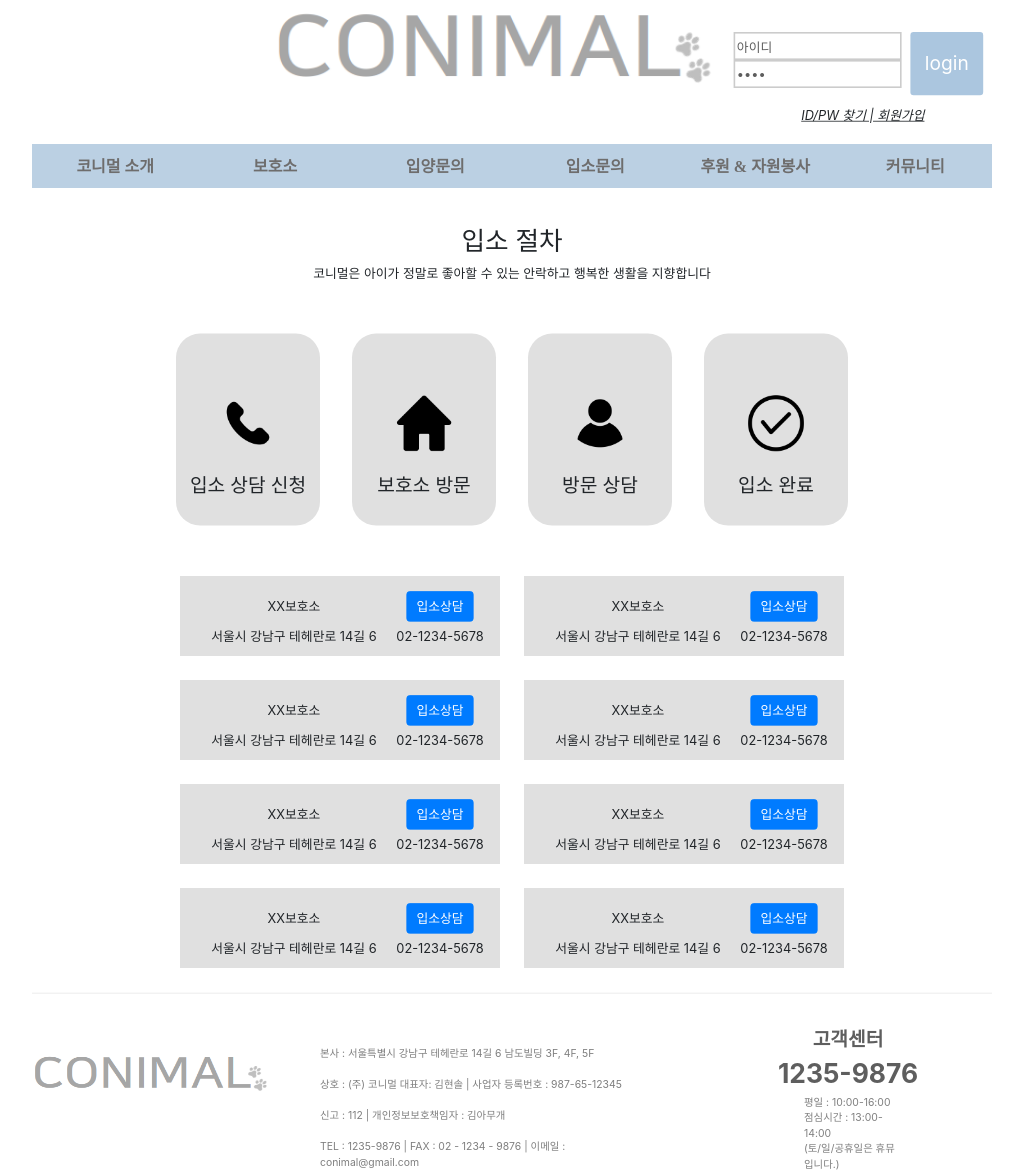
Repository: rlagusthf12/SemiProject
Page: http://localhost/conimal/views/shelter/enterProcessView.jsp
An editor plug-in stored every save of this project. The page is shown before and after the next save, followed by the edit.
The browser window is 1280 px wide. The pictures show the whole page, at 80% of full size.
The page is served by Tomcat 9. Nobody is signed in. The application's start-up code is not run. Other server files are loaded and not shown.

Above is the page before, as saved 2021-05-25 11:07:42.

### conimal/WebContent/views/shelter/enterProcessView.jsp
<%@ page language="java" contentType="text/html; charset=UTF-8"
    pageEncoding="UTF-8"%>
<!DOCTYPE html>
<html>
<head>
<meta charset="UTF-8">
<title>Insert title here</title>
<!-- Latest compiled and minified CSS -->
<link rel="stylesheet" href="https://maxcdn.bootstrapcdn.com/bootstrap/4.5.2/css/bootstrap.min.css">

<!-- jQuery library -->
<script src="https://ajax.googleapis.com/ajax/libs/jquery/3.5.1/jquery.min.js"></script>

<!-- Popper JS -->
<script src="https://cdnjs.cloudflare.com/ajax/libs/popper.js/1.16.0/umd/popper.min.js"></script>

<!-- Latest compiled JavaScript -->
<script src="https://maxcdn.bootstrapcdn.com/bootstrap/4.5.2/js/bootstrap.min.js"></script>
<style>
	body{
		width: 1200px;
		margin: auto;
	}
	.process-area{
		display: flex;
		justify-content: space-between;
		margin-left: 15%;
		margin-right: 15%;
	}
	.pa{
		background: #e0e0e0;
		width: 180px;
		height: 240px;
		border-radius: 30px;
	}
    .shelter-area{
        display: flex;
        flex-wrap: wrap;
        justify-content: center;
    }
    .sh{
		background: #e0e0e0;
        width: 400px;
        height: 100px;
        margin: 15px;
	}
    table{
        margin: auto;
        margin-top: 4%;
        text-align: center;
    }
    td{padding: 3px;}
</style>
</head>
<body>

    <%@ include file="../common/menubar.jsp" %>

    <br><br>

    <h2 align="center">입소 절차</h2>

    <p class="info" align="center">
        코니멀은 아이가 정말로 좋아할 수 있는 안락하고 행복한 생활을 지향합니다
    </p>

    <br><br>

    <div class="process-area">
        <div class="pa" align="center">
            <br><br><br>
            <img src="../../resources/images/phone.png" width="80">
            <br><br>
            <h4>입소 상담 신청</h4>
        </div>
        <div class="pa" align="center">
            <br><br><br>
            <img src="../../resources/images/house.png" width="80">
            <br><br>
            <h4>보호소 방문</h4>
        </div>
        <div class="pa" align="center">
            <br><br><br>
            <img src="../../resources/images/people.png" width="80">
            <br><br>
            <h4>방문 상담</h4>
        </div>
        <div class="pa" align="center">
            <br><br><br>
            <img src="../../resources/images/success.png" width="80">
            <br><br>
            <h4>입소 완료</h4>
        </div>
    </div>

    <br><br>

    <div class="shelter-area">
        <div class="sh">
            <table>
                <tr>
                    <td width="250">XX보호소</td>
                    <td><button type="button" class="btn btn-primary">입소상담</button></td>
                </tr>
                <tr>
                    <td>서울시 강남구 테헤란로 14길 6</td>
                    <td>02-1234-5678</td>
                </tr>
            </table>
        </div>
        <div class="sh">
            <table>
                <tr>
                    <td width="250">XX보호소</td>
                    <td><button type="button" class="btn btn-primary">입소상담</button></td>
                </tr>
                <tr>
                    <td>서울시 강남구 테헤란로 14길 6</td>
                    <td>02-1234-5678</td>
                </tr>
            </table>
        </div>
        <div class="sh">
            <table>
                <tr>
                    <td width="250">XX보호소</td>
                    <td><button type="button" class="btn btn-primary">입소상담</button></td>
                </tr>
                <tr>
                    <td>서울시 강남구 테헤란로 14길 6</td>
                    <td>02-1234-5678</td>
                </tr>
            </table>
        </div>
        <div class="sh">
            <table>
                <tr>
                    <td width="250">XX보호소</td>
                    <td><button type="button" class="btn btn-primary">입소상담</button></td>
                </tr>
                <tr>
                    <td>서울시 강남구 테헤란로 14길 6</td>
                    <td>02-1234-5678</td>
                </tr>
            </table>
        </div>
        <div class="sh">
            <table>
                <tr>
                    <td width="250">XX보호소</td>
                    <td><button type="button" class="btn btn-primary">입소상담</button></td>
                </tr>
                <tr>
                    <td>서울시 강남구 테헤란로 14길 6</td>
                    <td>02-1234-5678</td>
                </tr>
            </table>
        </div>
        <div class="sh">
            <table>
                <tr>
                    <td width="250">XX보호소</td>
                    <td><button type="button" class="btn btn-primary">입소상담</button></td>
                </tr>
                <tr>
                    <td>서울시 강남구 테헤란로 14길 6</td>
                    <td>02-1234-5678</td>
                </tr>
            </table>
        </div>
        <div class="sh">
            <table>
                <tr>
                    <td width="250">XX보호소</td>
                    <td><button type="button" class="btn btn-primary">입소상담</button></td>
                </tr>
                <tr>
                    <td>서울시 강남구 테헤란로 14길 6</td>
                    <td>02-1234-5678</td>
                </tr>
            </table>
        </div>
        <div class="sh">
            <table>
                <tr>
                    <td width="250">XX보호소</td>
                    <td><button type="button" class="btn btn-primary">입소상담</button></td>
                </tr>
                <tr>
                    <td>서울시 강남구 테헤란로 14길 6</td>
                    <td>02-1234-5678</td>
                </tr>
            </table>
        </div>
    </div>

    <%@ include file="../common/footerbar.jsp" %>

</body>
</html>

### conimal/WebContent/views/common/menubar.jsp
<%@ page language="java" contentType="text/html; charset=UTF-8"
    pageEncoding="UTF-8"%>
<%
	String contextPath = request.getContextPath();

	String alertMsg = (String)session.getAttribute("alertMsg");
%>
<!DOCTYPE html>
<html>
<head>
<meta charset="UTF-8">
<title>Insert title here</title>

<style>
    .on{
         width: 1200px;
         height: 180px;
         margin: 0 auto;
         }
    .mainLogo{

        margin-left: 302px;

    }

    .login {
        float:right;
        margin-top:40px;
     }
   #loginform>*{

    float:left;
    }
    .id_pwd{width: 65%; height: 70px; } .loginbtn{width: 35%;}

    .pwd,.id{
        color: rgb(94, 94, 94);
        border-style: solid;
        border-color: rgb(204, 204, 204);
        width:100%;
        height:50%;
    }
    .loginbtn>input{
        font-size: 24px;
        width: 80%;
        height: 100%;
        color: rgb(255, 255, 255);
        line-height: 3.2em;
        background-color: rgb(171, 198, 223);
        text-align: center;
        border-radius: 4px;
        border:0px;
    }

    .find{
    text-decoration-line: underline;
    font-style: italic;
    font-size: 16px;
    line-height: 3.2em;
    }

    .navi{
            width: 1200px; height: 55px;
            background-color: rgb(187, 208, 227);
            margin: 0 auto;
     }
     #navi1{
            list-style-type:none;
            margin:0;
            padding:0;
            height:100%;
            text-decoration:none;

        }

        #navi1>li{
            margin-left: 8px;
            float:left;
            width:16%;
            height:100%;
            text-align:center;
        }
        #navi1 a{
            line-height: 2.8em;
            font-size: 20px;
            color: rgb(110, 109, 109);
            font-family: HanSans;
            width: 16.6%;
            font-weight: bold;
            cursor:pointer;
            height:100%;
            width:100%;
            display:block;
            text-decoration:none;
            z-index: 6;
        }
        #navi1 a:hover{color: white;}
        #navi1>li>ul{
            list-style-type:none;
            display:none;
            margin-top:0px;
            padding:10px;
            background-color: rgb(184, 183, 183);
            font-family: HanSans;
            line-height: 2.8em;
            font-size: 20px;
            position: relative;
            z-index: 6;
        }
        #navi1>li>ul a{font-size:15px;}
        #navi1>li>a:hover+ul{display:block;}
        #navi1>li>ul:hover{display:block;}
     </style>
</head>

<body>

	<script>
		var msg = "<%= alertMsg %>";
		// var msg = "메세지" / "null"

		if(msg != "null") {
			alert(msg);
			// 알림창을 띄워준 후 session에 담긴 해당 메시지는 지워줘야한다
			// 안그러면 menubar.jsp가 로딩될때마다 매번 alert가 뜸
			<% session.removeAttribute("alertMsg"); %>
		}
	</script>

            <div class="on">

                    <image src="resources/images/mainLogo.png" width="558px" height="120px" class="mainLogo">

                        <div class="login" align="center">

                            <form action="" id="loginform">

                                <div class="id_pwd">
                                    <input type="text" class="id" value="아이디"><br>
                                    <input type="password" class="pwd" value="비밀번호" >
                                </div>

                                <div class="loginbtn">
                                    <input type="submit" value="login">
                                </div>
                            </form>
                            <span class="find">ID/PW 찾기 | 회원가입</span>
                        </div>

            </div>
            <div class="navi">
                    <ul id="navi1" >
                        <li><a href="">코니멀 소개</a></li>
                        <li><a href="">보호소</a></li>
                        <li><a href="">입양문의</a>
                            <ul>
                                <li><a href="">보호중인 동물</a></li>
                                <li><a href="<%=contextPath%>/process.ad">입양 절차</a></li>
                                <li><a href="">입양 신청</a></li>
                                <li><a href="">입양 후기</a></li>
                            </ul>
                        </li>
                        <li><a href="">입소문의</a>
                            <ul>
                                <li><a href="<%=contextPath%>/process.en">입소 절차</a></li>
                                <li><a href="">입소 신청</a></li>
                            </ul>
                        </li>
                        <li><a href="">후원 &amp; 자원봉사</a>
                        <ul>
                            <li><a href="<%=contextPath%>/list.vo?currentPage=1">자원봉사</a></li>
                            <li><a href="">후원</a></li>
                        </ul>
                      </li>
                        <li><a href="">커뮤니티</a>
                        <ul>
                            <li><a href="">자유 게시판</a></li>
                            <li><a href="">공지사항</a></li>
                            <li><a href="">고객센터</a></li>
                        </ul>
                    </li>
                    </ul>
            </div>


</body>
</html>

### conimal/WebContent/views/common/footerbar.jsp
<%@ page language="java" contentType="text/html; charset=UTF-8"
    pageEncoding="UTF-8"%>
<!DOCTYPE html>
<html>
<head>
<meta charset="UTF-8">
<title>Insert title here</title>
<style>


 .footerbar{

         width: 1200px;
         height: 180px;
         margin: 0 auto;
     }
     .call{
         width:30%;
         height: 100%;
         float:left;
         margin-left: 60px;
     }

     .minLogo{

         padding-top: 30px;
         height: 100%;
         float:left;
     }
     .ex{
        width:40%;
        float:left;
        height:100%;
        padding-top: 25px;
    }
     .ect{

        font-size: 13px;
        color: rgb(127, 127, 127);
        text-align: left;
        width:450px;
        padding-left: 60px;

     }
     .ect2{
        font-weight: bold; font-size: 24px; text-align: center; color: rgb(94, 94, 94);
     }
     .ect3{
        font-weight: bold; font-size: 33px; text-align: center; color: rgb(94, 94, 94);
     }
     #al{
        width: 250px;
        padding-left: 125px;
     }


</style>
</head>
<body>
            <hr>
            <br>
            <div class="footerbar">
            <div class="minLogo">
                <div>
                 <image src="resources/images/mainLogo.png" width="300" height="60"></image>
                </div>
            </div>
            <div class="ex">
             <div class="ect">
                    본사 : 서울특별시 강남구 테헤란로 14길 6 남도빌딩 3F, 4F, 5F<br><br>

                    상호 : (주) 코니멀 대표자: 김현솔 | 사업자 등록번호 : 987-65-12345 <br><br>

                    신고 : 112 | 개인정보보호책임자 : 김아무개<br><br>

                    TEL : 1235-9876 | FAX : 02 - 1234 - 9876 | 이메일  :  conimal@gmail.com
              </div>
            </div>


            <div class="call">
                <div class="ect2" >
                    고객센터
                    <div class="ect3">
                    1235-9876

                    </div>
                </div>

                <div class="ect" id="al">
                    평일 : 10:00-16:00<br>
                    점심시간 : 13:00-14:00<br>
                    (토/일/공휴일은 휴뮤입니다.)
                </div>

            </div>
            </div>


</body>
</html>

After the next save:
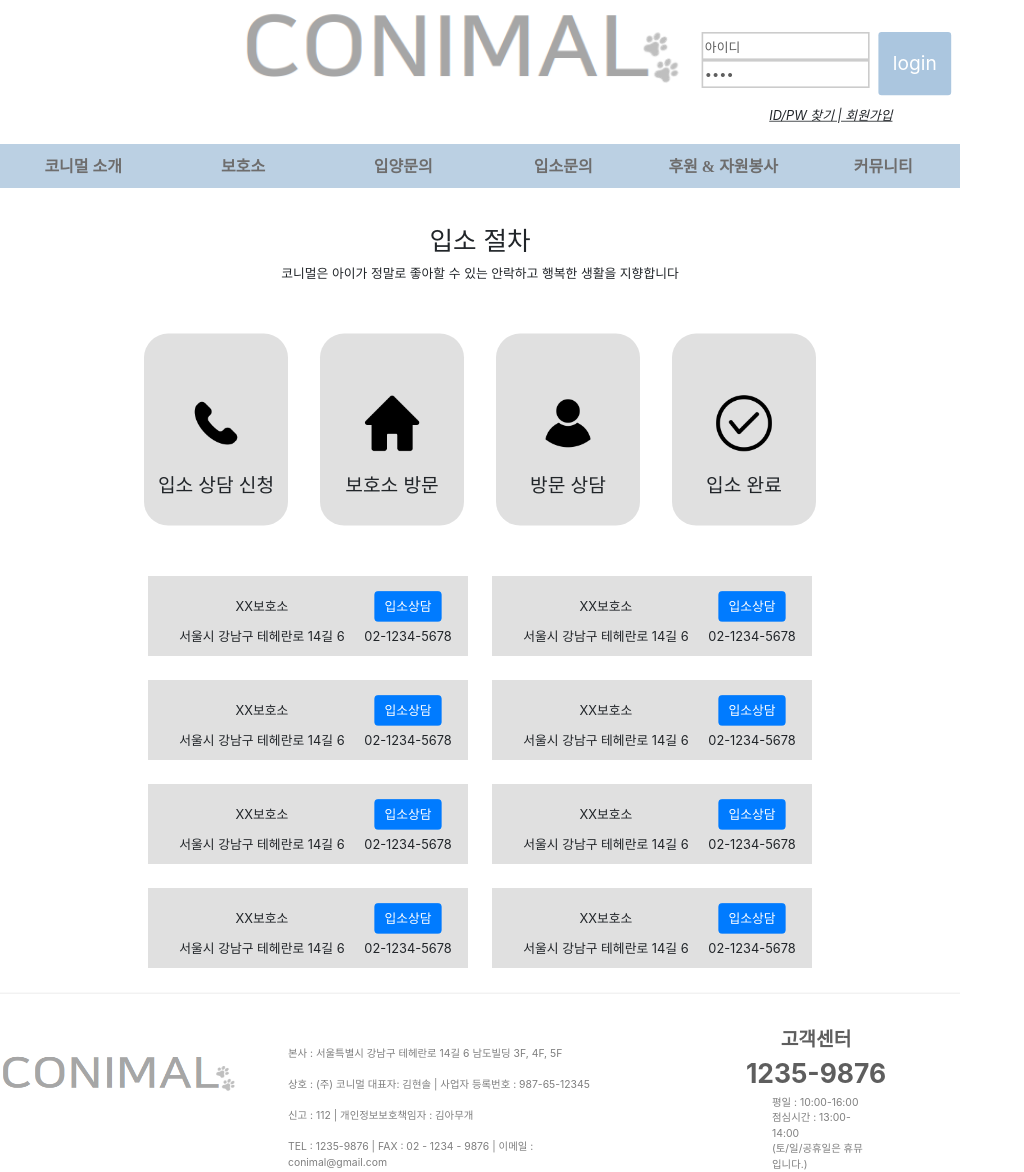
Saved 20 min 7 s later.
--- a/conimal/WebContent/views/common/menubar.jsp
+++ b/conimal/WebContent/views/common/menubar.jsp
@@ -10,6 +10,15 @@
 <head>
 <meta charset="UTF-8">
 <title>Insert title here</title>
+
+<!-- Latest compiled and minified CSS -->
+<link rel="stylesheet" href="https://maxcdn.bootstrapcdn.com/bootstrap/4.5.2/css/bootstrap.min.css">
+<!-- jQuery library -->
+<script src="https://ajax.googleapis.com/ajax/libs/jquery/3.5.1/jquery.min.js"></script>
+<!-- Popper JS -->
+<script src="https://cdnjs.cloudflare.com/ajax/libs/popper.js/1.16.0/umd/popper.min.js"></script>
+<!-- Latest compiled JavaScript -->
+<script src="https://maxcdn.bootstrapcdn.com/bootstrap/4.5.2/js/bootstrap.min.js"></script>
 
 <style>
     .on{
